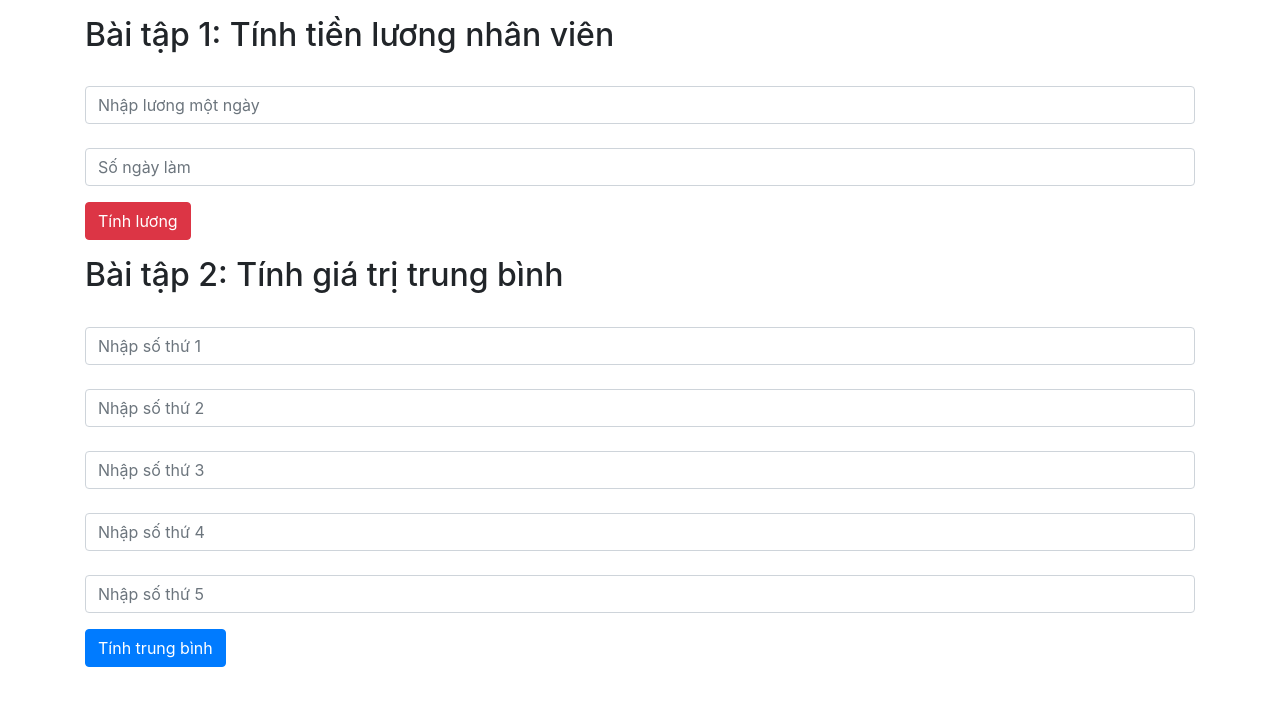
Repository: thanhfrankie/BC10-LeMinhThanh-Js-b2-3
Page: index.html
These files come from the project's save history. The page is drawn as it stood at one moment and after the next save; the edit follows.
The browser window is 1280 px wide. The pictures show the whole page.

Above is the page before, as saved 2023-12-15 15:40:17.

After the next save:
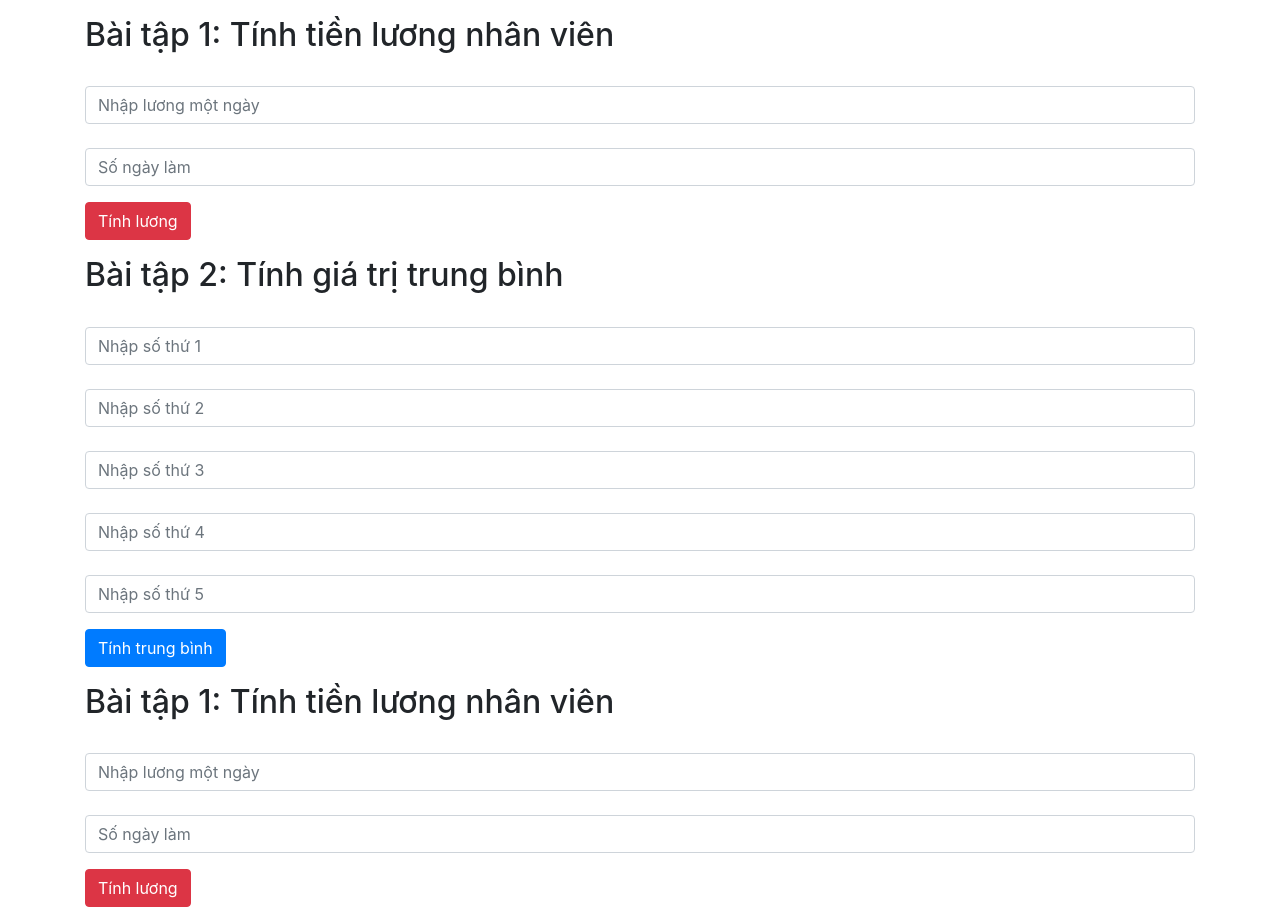
Saved 38 s later.
--- a/index.html
+++ b/index.html
@@ -105,6 +105,36 @@
     </div>
     <!-- Bài tập 3
      -->
+
+     <div class="container">
+      <h2 class="mt-3">Bài tập 1: Tính tiền lương nhân viên</h2>
+      <div class="form-group">
+        <label for="luong-mot-ngay"></label>
+        <input
+          type="number"
+          class="form-control"
+          name=""
+          id="luong-mot-ngay"
+          aria-describedby="helpId"
+          placeholder="Nhập lương một ngày"
+          required
+        />
+        <label for="so-ngay-lam"></label>
+        <input
+          type="number"
+          class="form-control"
+          name=""
+          id="so-ngay-lam"
+          aria-describedby="helpId"
+          placeholder="Số ngày làm"
+          required
+        />
+        <button type="button" onclick="tinhLuong()" class="btn btn-danger mt-3">
+          Tính lương
+        </button>
+      </div>
+      <h2 id="luong-nhan-duoc"></h2>
+    </div>
     <!-- Optional JavaScript -->
     <!-- jQuery first, then Popper.js, then Bootstrap JS -->
     <script
